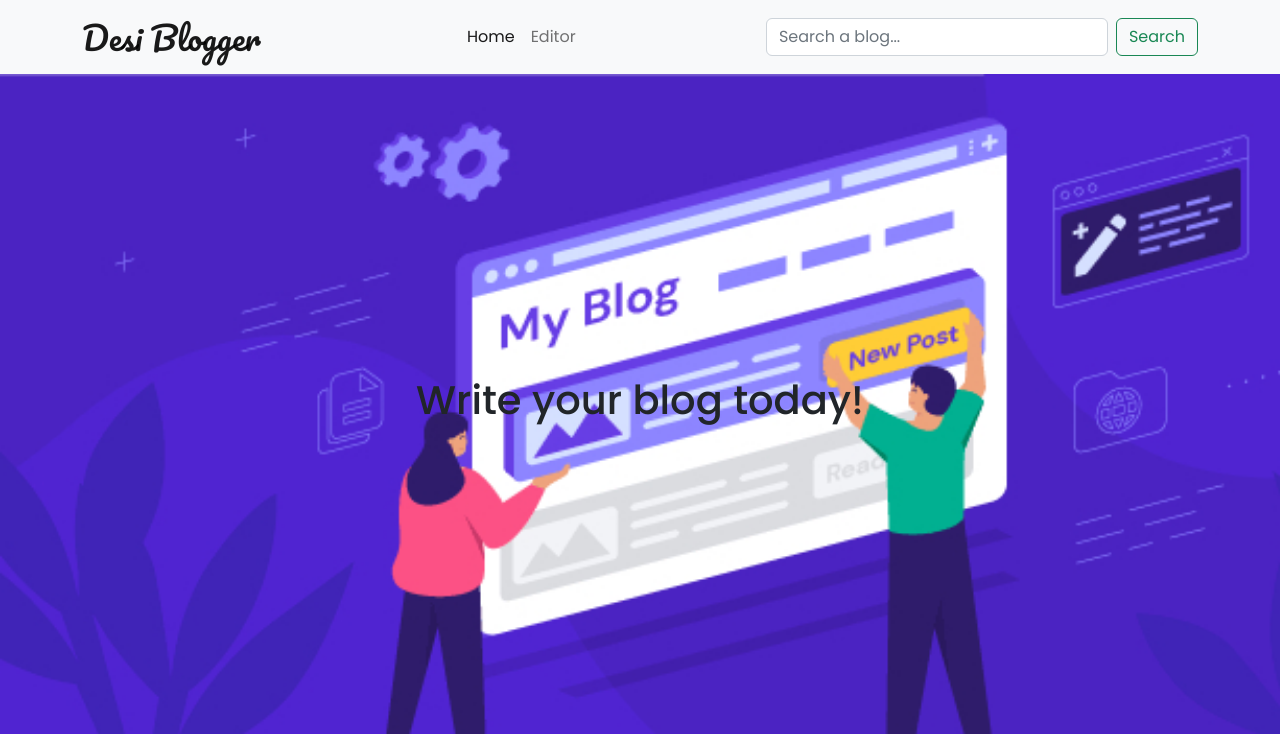
Repository: badhon252/Desi_Blogger
Page: public/home.html
The author's editor kept a copy of each file at every save. The page is drawn from the files as they stood at one save, then again after the next save.
The browser window is 1280 px wide. The pictures show the whole page.

Above is the page before, as saved 2022-11-15 19:34:12.

### public/home.html
<!DOCTYPE html>
<html lang="en">

<head>
    <meta charset="UTF-8">
    <meta http-equiv="X-UA-Compatible" content="IE=edge">
    <meta name="viewport" content="width=device-width, initial-scale=1.0">

    <!-- favicon  -->
    <link rel="icon" sizes="180x180" href="./img/favicon_io/android-chrome-192x192.png">

    <!-- bs-5 link -->
    <link rel="stylesheet" href="https://cdn.jsdelivr.net/npm/bootstrap@5.2.2/dist/css/bootstrap.min.css">
    <!-- custom css  -->
    <link rel="stylesheet" href="css/home.css">
    <!-- fonts  -->
    <link rel="preconnect" href="https://fonts.googleapis.com">
    <link rel="preconnect" href="https://fonts.gstatic.com" crossorigin>
    <link href="https://fonts.googleapis.com/css2?family=Poppins:wght@400;500;600;700;800;900&display=swap"
        rel="stylesheet">
    <title>Desi-Blogger</title>
</head>

<body>
    <header id="header">
        <nav class="navbar navbar-expand-lg bg-light">
            <div class="container">
                <a class="navbar-brand" href="#">Desi Blogger</a>
                <button class="navbar-toggler" type="button" data-bs-toggle="collapse"
                    data-bs-target="#navbarSupportedContent" aria-controls="navbarSupportedContent"
                    aria-expanded="false" aria-label="Toggle navigation">
                    <span class="navbar-toggler-icon"></span>
                </button>
                <div class="collapse navbar-collapse" id="navbarSupportedContent">
                    <ul class="navbar-nav m-auto mb-2 mb-lg-0">
                        <li class="nav-item">
                            <a class="nav-link active" href="#">Home</a>
                        </li>
                        <li class="nav-item">
                            <a class="nav-link" href="#">Editor</a>
                        </li>

                    </ul>
                    <form class="d-flex" role="search">
                        <input class="form-control me-2" type="search" placeholder="Search a blog..."
                            aria-label="Search">
                        <button class="btn btn-outline-success" type="submit">Search</button>
                    </form>
                </div>
            </div>
        </nav>
        <section class="header-content">
            <h1>Write your blog today!</h1>
        </section>
    </header>

    <script src="https://cdn.jsdelivr.net/npm/bootstrap@5.2.2/dist/js/bootstrap.bundle.min.js"></script>
</body>

</html>

### public/css/home.css
@import url("https://fonts.googleapis.com/css2?family=Pacifico&display=swap");
* {
  margin: 0;
  padding: 0;
  box-sizing: border-box;
}

body {
  font-family: "Poppins", sans-serif;
  background-image: repeating-linear-gradient(
      45deg,
      rgb(255, 255, 255) 0px,
      rgb(255, 255, 255) 10px,
      transparent 10px,
      transparent 11px
    ),
    repeating-linear-gradient(
      135deg,
      rgb(255, 255, 255) 0px,
      rgb(255, 255, 255) 10px,
      transparent 10px,
      transparent 11px
    ),
    linear-gradient(90deg, rgba(213, 211, 217, 0.33), rgba(213, 211, 217, 0.33));
  position: relative;
}
::selection {
  background: #1b1b1b;
  color: #fff;
}

.navbar-brand {
  font-family: "Pacifico", cursive;
  font-size: 2rem;
}

.header-content {
  width: 100%;
  height: calc(100vh - 60px);
  background-image: url(../img/header-content.jpg);
  background-size: cover;
  display: flex;
  justify-content: center;
  align-items: center;
}

After the next save:
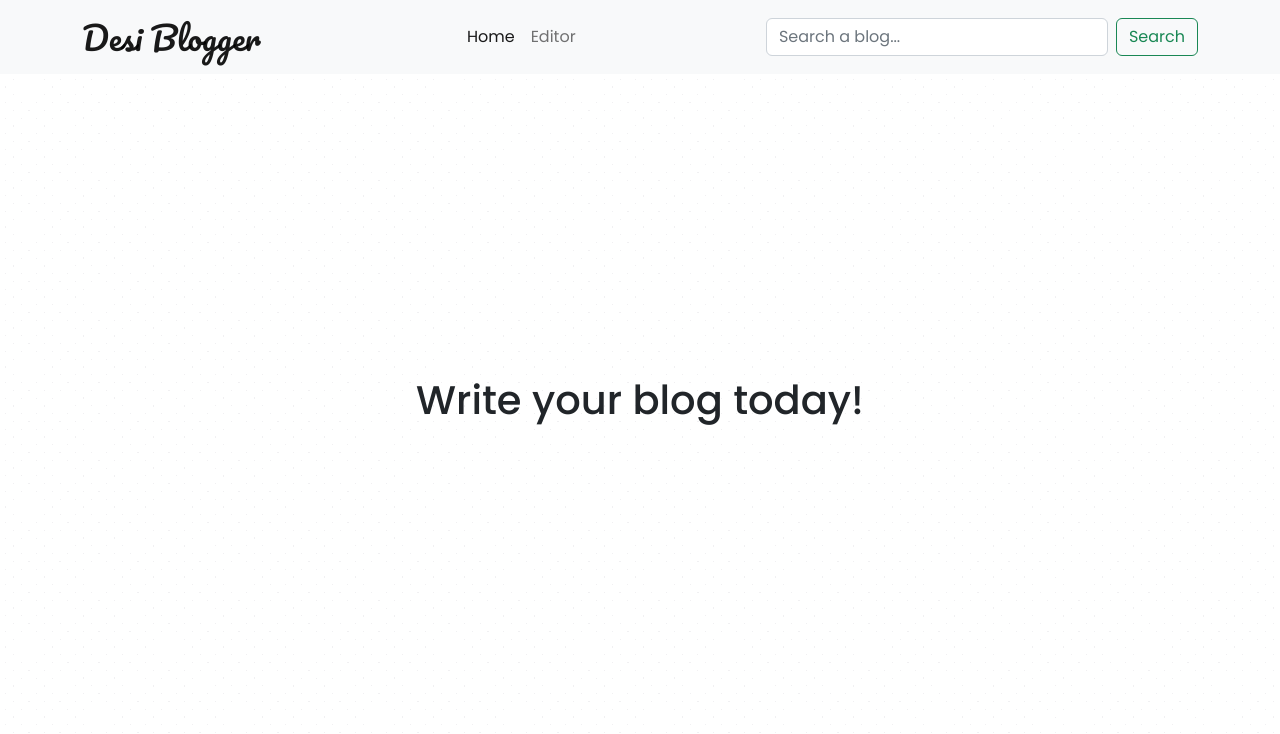
Not found: public/img/header-content.png
Saved 16 s later.
--- a/public/css/home.css
+++ b/public/css/home.css
@@ -37,7 +37,7 @@
 .header-content {
   width: 100%;
   height: calc(100vh - 60px);
-  background-image: url(../img/header-content.jpg);
+  background-image: url(../img/header-content.png);
   background-size: cover;
   display: flex;
   justify-content: center;

After the save that followed:
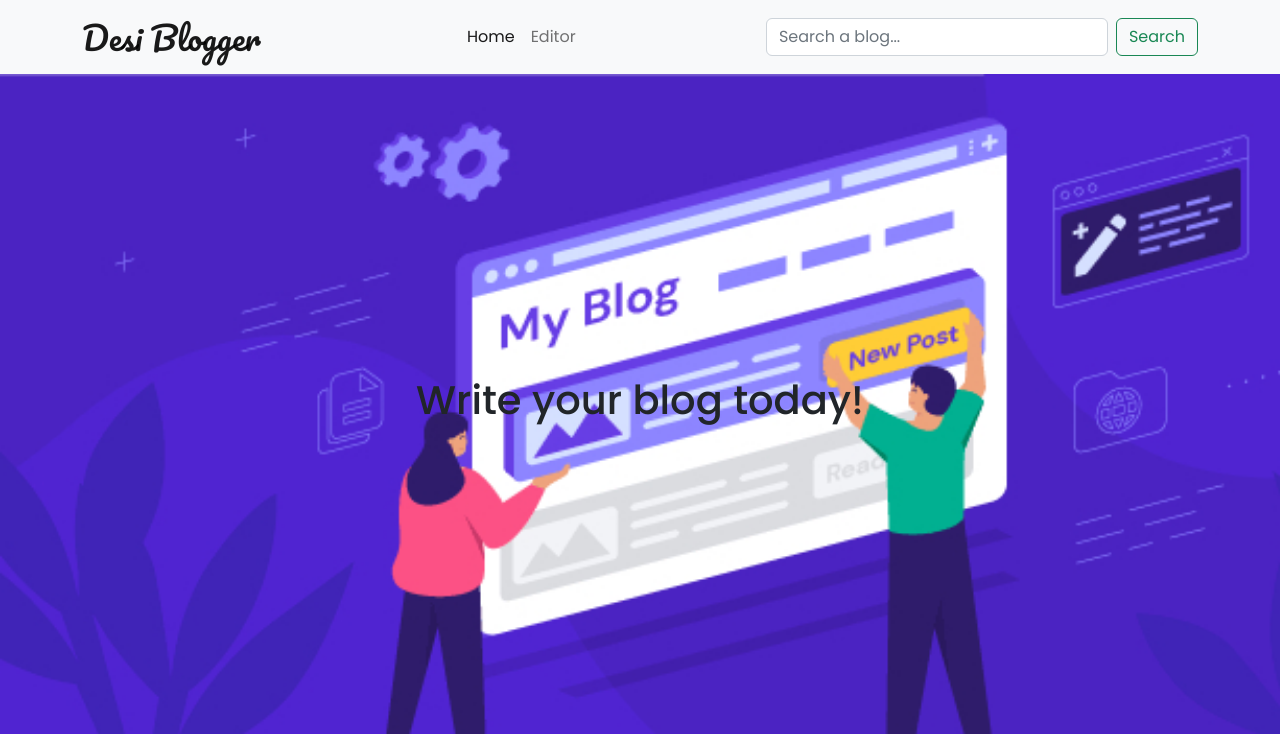
Saved 33 s later.
--- a/public/css/home.css
+++ b/public/css/home.css
@@ -37,7 +37,7 @@
 .header-content {
   width: 100%;
   height: calc(100vh - 60px);
-  background-image: url(../img/header-content.png);
+  background-image: url(../img/header-content.jpg);
   background-size: cover;
   display: flex;
   justify-content: center;
